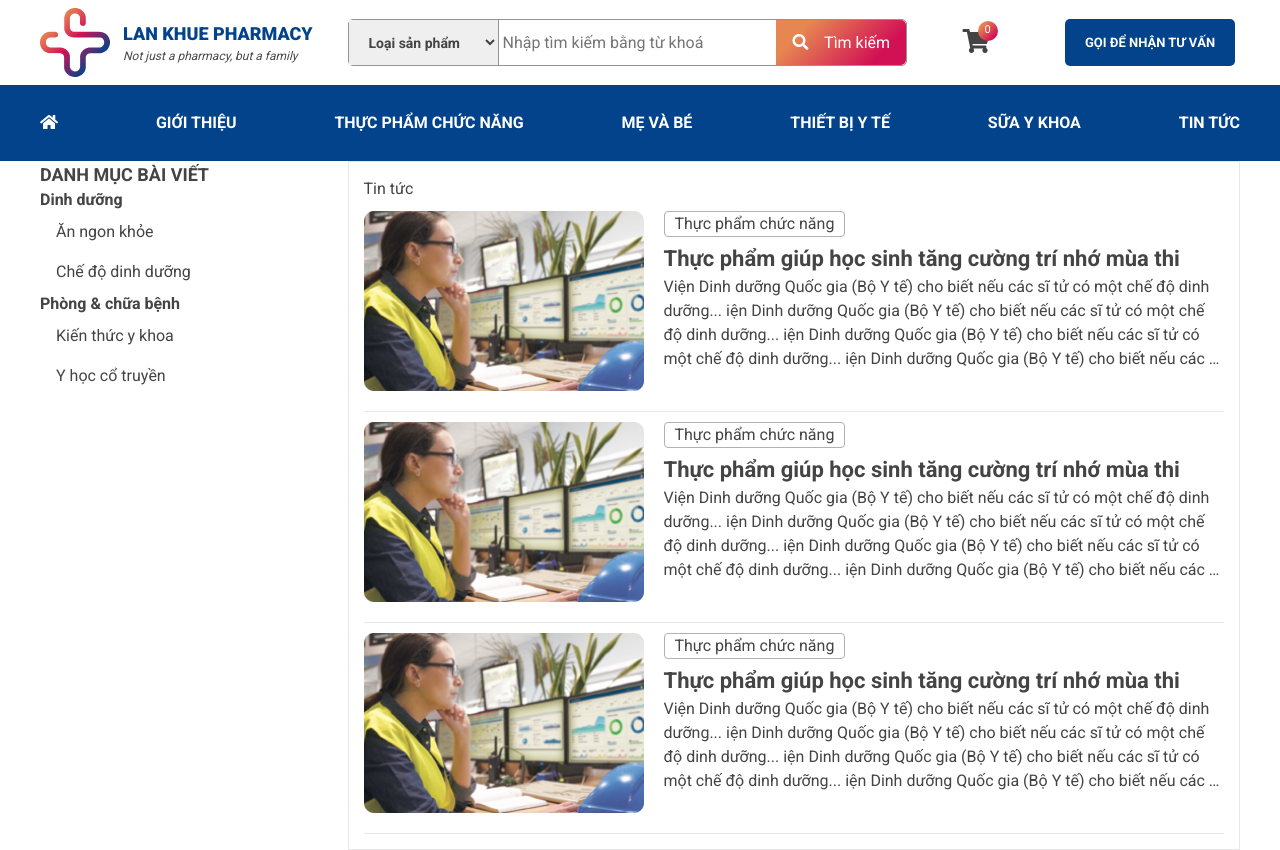
Repository: haianh12082001/Lan-khue
Page: news/news-category.html
The author's editor kept a copy of each file at every save. The page is drawn from the files as they stood at one save, then again after the next save.
The browser window is 1280 px wide. The pictures show the whole page.
Some web libraries are served in a nearby version. The style sheet was rebuilt from its Sass, Less or Tailwind sources for each picture, by a compiler version that may differ from the author's.

Above is the page before, as saved 2021-12-20 00:14:02.

### news/news-category.html
<!DOCTYPE html>
<html lang="en">
    <head>
        <meta charset="UTF-8" />
        <meta http-equiv="X-UA-Compatible" content="IE=edge" />
        <meta name="viewport" content="width=device-width, initial-scale=1.0" />
        <title>Document</title>
        <link href="https://fonts.googleapis.com/css2?family=Roboto:wght@400;500;700;900&display=swap" rel="stylesheet" />
        <link rel="stylesheet" href="../assets/fonts/fontawesome-free-5.15.3/css/all.min.css" />
        <link
            rel="stylesheet"
            href="https://cdn.jsdelivr.net/npm/bootstrap@4.6.0/dist/css/bootstrap.min.css"
            integrity="sha384-B0vP5xmATw1+K9KRQjQERJvTumQW0nPEzvF6L/Z6nronJ3oUOFUFpCjEUQouq2+l"
            crossorigin="anonymous"
        />
        <link rel="stylesheet" type="text/css" href="https://cdn.jsdelivr.net/npm/slick-carousel@1.8.1/slick/slick.css" />
        <link rel="stylesheet" href="../assets/css/app.css" />
    </head>
    <body>
        <header class="header">
            <div class="header-searchbar py-2">
                <div class="container">
                    <div class="row align-items-center">
                        <div class="col-lg-3 col-3">
                            <div class="header-logo">
                                <a href="" class="d-flex flex-shrink-0">
                                    <img src="./assets/img/logo.png" alt="" />
                                    <div class="body">
                                        <div class="logo-name">LAN KHUE PHARMACY</div>
                                        <div class="logo-slogan">Not just a pharmacy, but a family</div>
                                    </div>
                                </a>
                            </div>
                        </div>
                        <div class="col-lg-6 col-3">
                            <div class="input-group">
                                <form action="" class="header-search">
                                    <select name="CatId" id="catalog">
                                        <option value="">Loại sản phẩm</option>
                                        <option value="">Danh mục thuốc</option>
                                        <option value="">Thực Phẩm Chức Năng</option>
                                        <option value="">Mẹ Và Bé</option>
                                        <option value="">Thiết Bị Y Tế</option>
                                        <option value="">Sữa y khoa</option>
                                        <option value="">Các sản phẩm khác</option>
                                    </select>
                                    <input type="text" placeholder="Nhập tìm kiếm bằng từ khoá" />

                                    <button type="submit">
                                        <i class="fas fa-search"></i>
                                        Tìm kiếm
                                    </button>
                                </form>
                            </div>
                        </div>
                        <div class="col-lg-1 col-3 d-flex align-items-center">
                            <div class="header-cart position-relative">
                                <i class="fas fa-shopping-cart"></i>
                                <span id="itemshop">0</span>
                            </div>
                        </div>
                        <div class="col-lg-2 col-3 d-none d-lg-block">
                            <a href="" class="header-btn"> Gọi để nhận tư vấn </a>
                        </div>
                    </div>
                </div>
            </div>
            <div class="header-menu">
                <div class="container">
                    <ul class="menu-list">
                        <li class="menu-item">
                            <a href=""><i class="fas fa-home"></i></a>
                        </li>
                        <li class="menu-item">
                            <a href="">Giới thiệu</a>
                        </li>
                        <li class="menu-item">
                            <a href="">Thực phẩm chức năng</a>
                        </li>
                        <li class="menu-item">
                            <a href="">Mẹ và bé</a>
                        </li>
                        <li class="menu-item">
                            <a href="">Thiết bị y tế</a>
                        </li>
                        <li class="menu-item">
                            <a href="">Sữa y khoa</a>
                        </li>
                        <li class="menu-item">
                            <a href="">Tin tức</a>
                        </li>
                    </ul>
                </div>
            </div>
        </header>
        <section class="tab-news">
            <div class="container">
                <div class="row">
                    <div class="col-lg-3 col-md-3">
                        <div class="news-category">
                            <div class="title">DANH MỤC BÀI VIẾT</div>
                            <ul class="category-list">
                                <li class="category-item">
                                    <a href="">Dinh dưỡng</a>
                                    <ul class="nav-list">
                                        <li>
                                            <a class="nav-link" href="">Ăn ngon khỏe</a>
                                        </li>
                                        <li>
                                            <a class="nav-link" href="">Chế độ dinh dưỡng</a>
                                        </li>
                                    </ul>
                                </li>
                                <li class="category-item">
                                    <a href="">Phòng & chữa bệnh</a>
                                    <ul class="nav-list">
                                        <li>
                                            <a class="nav-link" href="">Kiến thức y khoa</a>
                                        </li>
                                        <li>
                                            <a class="nav-link" href="">Y học cổ truyền</a>
                                        </li>
                                    </ul>
                                </li>
                            </ul>
                        </div>
                    </div>
                    <div class="col-lg-9 col-md-9">
                        <div class="list-news">
                            <div class="title">Tin tức</div>

                            <div class="item">
                                <a href="" class="flex-shrink-0"><img src="../assets/img/news/Rectangle 276.jpg" alt="" /></a>
                                <div class="body">
                                    <a href="" class="category">Thực phẩm chức năng</a>
                                    <div class="name"><a href="">Thực phẩm giúp học sinh tăng cường trí nhớ mùa thi</a></div>
                                    <div class="date"></div>
                                    <div class="des">
                                        Viện Dinh dưỡng Quốc gia (Bộ Y tế) cho biết nếu các sĩ tử có một chế độ dinh dưỡng... iện Dinh dưỡng Quốc gia (Bộ Y tế)
                                        cho biết nếu các sĩ tử có một chế độ dinh dưỡng... iện Dinh dưỡng Quốc gia (Bộ Y tế) cho biết nếu các sĩ tử có một chế
                                        độ dinh dưỡng... iện Dinh dưỡng Quốc gia (Bộ Y tế) cho biết nếu các sĩ tử có một chế độ dinh dưỡng... iện Dinh dưỡng
                                        Quốc gia (Bộ Y tế) cho biết nếu các sĩ tử có một chế độ dinh dưỡng...
                                    </div>
                                </div>
                            </div>
                            <div class="item">
                                <a href="" class="flex-shrink-0"><img src="../assets/img/news/Rectangle 276.jpg" alt="" /></a>
                                <div class="body">
                                    <a href="" class="category">Thực phẩm chức năng</a>
                                    <div class="name"><a href="">Thực phẩm giúp học sinh tăng cường trí nhớ mùa thi</a></div>
                                    <div class="date"></div>
                                    <div class="des">
                                        Viện Dinh dưỡng Quốc gia (Bộ Y tế) cho biết nếu các sĩ tử có một chế độ dinh dưỡng... iện Dinh dưỡng Quốc gia (Bộ Y tế)
                                        cho biết nếu các sĩ tử có một chế độ dinh dưỡng... iện Dinh dưỡng Quốc gia (Bộ Y tế) cho biết nếu các sĩ tử có một chế
                                        độ dinh dưỡng... iện Dinh dưỡng Quốc gia (Bộ Y tế) cho biết nếu các sĩ tử có một chế độ dinh dưỡng... iện Dinh dưỡng
                                        Quốc gia (Bộ Y tế) cho biết nếu các sĩ tử có một chế độ dinh dưỡng...
                                    </div>
                                </div>
                            </div>
                            <div class="item">
                                <a href="" class="flex-shrink-0"><img src="../assets/img/news/Rectangle 276.jpg" alt="" /></a>
                                <div class="body">
                                    <a href="" class="category">Thực phẩm chức năng</a>
                                    <div class="name"><a href="">Thực phẩm giúp học sinh tăng cường trí nhớ mùa thi</a></div>
                                    <div class="date"></div>
                                    <div class="des">
                                        Viện Dinh dưỡng Quốc gia (Bộ Y tế) cho biết nếu các sĩ tử có một chế độ dinh dưỡng... iện Dinh dưỡng Quốc gia (Bộ Y tế)
                                        cho biết nếu các sĩ tử có một chế độ dinh dưỡng... iện Dinh dưỡng Quốc gia (Bộ Y tế) cho biết nếu các sĩ tử có một chế
                                        độ dinh dưỡng... iện Dinh dưỡng Quốc gia (Bộ Y tế) cho biết nếu các sĩ tử có một chế độ dinh dưỡng... iện Dinh dưỡng
                                        Quốc gia (Bộ Y tế) cho biết nếu các sĩ tử có một chế độ dinh dưỡng...
                                    </div>
                                </div>
                            </div>
                        </div>
                    </div>
                </div>
            </div>
        </section>
        <script src="https://connect.facebook.net/vi_VN/sdk.js#xfbml=1&version=v12.0"></script>
        <script type="text/javascript" src="https://code.jquery.com/jquery-1.11.0.min.js"></script>
        <script type="text/javascript" src="https://code.jquery.com/jquery-migrate-1.2.1.min.js"></script>
        <script
            src="https://cdnjs.cloudflare.com/ajax/libs/bootstrap/4.6.0/js/bootstrap.min.js"
            integrity="sha512-XKa9Hemdy1Ui3KSGgJdgMyYlUg1gM+QhL6cnlyTe2qzMCYm4nAZ1PsVerQzTTXzonUR+dmswHqgJPuwCq1MaAg=="
            crossorigin="anonymous"
            referrerpolicy="no-referrer"
        ></script>
        <script type="text/javascript" src="https://cdn.jsdelivr.net/npm/slick-carousel@1.8.1/slick/slick.min.js"></script>
        <script src="../assets/js/main.js"></script>
        <script src="../assets/js/clone.js"></script>
    </body>
</html>

### assets/sass/app.scss
@import "variables";
@import "mixin";
@import "reset";
@import "global";
@import "header";
@import "body";

### assets/sass/_variables.scss
$black: #444444;
$grey: #656565;
$blue: #02438b;
$white: #ffffff;
$soft-grey: #959391;
$background-gradient: linear-gradient(134.52deg, #e68651 21.07%, #d21155 79.08%);

### assets/sass/_mixin.scss
@mixin maxWidth($q) {
    @media screen and (max-width: $q) {
        @content;
    }
}
@mixin minWidth($q) {
    @media screen and (min-width: $q) {
        @content;
    }
}

@mixin text-gradient {
    color: transparent;
    background-clip: text;
    -webkit-background-clip: text;
    background-image: linear-gradient(to right, #e68651, #d21155);
}
@mixin text-truncate($q) {
    display: -webkit-box;
    -webkit-line-clamp: $q;
    -webkit-box-orient: vertical;
    overflow: hidden;
    text-overflow: ellipsis;
    word-break: break-word;
}

### assets/sass/_reset.scss
html {
    box-sizing: border-box;
    scroll-behavior: smooth;
}
* {
    margin: 0;
    padding: 0;
}
*,
*:before,
*:after {
    box-sizing: border-box;
}
input,
textarea,
select,
button {
    outline: none;
}
input {
    line-height: normal;
    outline: none;
    box-shadow: none;
}
input:focus {
    outline: 0;
    border: none;
    box-shadow: none;
}
ul,
li {
    margin: 0;
    padding: 0;
    list-style: none;
}
label,
button {
    cursor: pointer;
}
a {
    text-decoration: none;

    &:hover {
        text-decoration: none;
    }
}
img {
    max-width: 100%;
    object-fit: cover;
}
.gutters-5 > [class*="col-"] {
    padding-right: 5px;
    padding-left: 5px;
}

### assets/sass/_global.scss
@font-face {
    font-family: "UTM";
    font-display: swap;
    src: url("../fonts/word/UTM\ AvoBold.ttf") format("truetype");
}

.container {
    max-width: 1230px;
    margin: 0 auto;
    padding: 0 15px;
}
body {
    margin: 0;
    padding: 0;
    width: 100%;
    font-size: 16px;
    color: $black;
    font-family: "Roboto", sans-serif;
    @include maxWidth(768px) {
        font-size: 14px;
    }
}
.section-title {
    font-size: 32px;
    text-transform: uppercase;
    color: $blue;
    font-weight: 900;
}
.section-title-img {
    width: 31px;
    height: 31px;
    margin-right: 10px;
}
.gutters-10 {
    margin-left: -10px;
    margin-right: -10px;
}
.gutters-10 [class^="col-"] {
    padding-left: 10px;
    padding-right: 10px;
}

### assets/sass/_body.scss
.banner img {
    height: 369px;
    width: 100%;
    object-fit: cover;
}
.section-buy-medicine {
    padding: 50px 0;
    .title-sub {
        color: $blue;
        font-size: 32px;
        font-weight: 500;
    }
    .item {
        border-right: 1px solid #e1e7ed;
        &:last-child {
            border: none;
        }
    }
    .name {
        text-transform: uppercase;
        font-size: 18px;
        font-weight: bold;
        @include text-gradient;
    }
    img {
        max-height: 70px;
    }
    .btn {
        background: $background-gradient;
        text-transform: uppercase;
        color: $white;
        font-size: 18px;
        padding: 10px 50px;
        border-radius: 50px;
    }
}
.product-category {
    padding-bottom: 50px;
    .item {
        padding: 0 15px;
    }
    &-img {
        border: 2px solid $blue;
        border-radius: 5px;
        display: flex;
        justify-content: center;
        height: 112px;
        img {
            height: 100%;
            padding: 10px 0;
        }
    }
    .name {
        margin-top: 8px;
        text-align: center;
        text-transform: uppercase;
        color: #505050;
        display: block;
        font-weight: 700;
        @include text-truncate(2);
        &:hover {
            color: $blue;
        }
    }
    .slick-list {
        margin: 0 -15px;
    }
}
.bg-light-blue {
    background: #ebf5fb;
    border-radius: 10px;
    padding: 0 30px;
}
.product-img {
    img {
        width: 100%;
        height: 211px;
    }
}
.product-info {
    padding-top: 20px;
    position: relative;
    .category {
        text-transform: uppercase;
        color: $soft-grey;
        font-size: 14px;
    }
    .name {
        font-weight: 700;
        margin-bottom: 13px;
        height: 45px;
        @include text-truncate(2);
        a {
            color: $black;
        }
    }
    .new-price {
        font-weight: 500;
        font-size: 18px;
    }
    .old-price {
        font-size: 14px;
        text-decoration: line-through;
        color: $soft-grey;
    }
    .out-stock {
        display: none;
    }
    .add-cart {
        position: absolute;
        bottom: 0;
        right: 0;
        width: 31px;
        height: 31px;
        display: flex;
        text-align: center;
        justify-content: center;
        align-items: center;

        border-radius: 3px;
        border: 3px solid rgba($color: #3b3b3b, $alpha: 0.2);
        a {
            flex: 1;
            background: $blue;
            color: $white;
        }
    }
}

.evaluate-product {
    display: flex;
    i {
        font-size: 12px;
    }
    .number {
        margin-left: 5px;
    }
}
.product-see-all {
    text-transform: uppercase;
    font-size: 18px;
    display: flex;
    align-items: center;
    color: #50b1f9;
    a {
        margin-right: 6px;
        color: #50b1f9;
    }
    i {
        font-size: 12px;
    }
}
.bestseller {
    padding: 30px 0;
}
.contact {
    background: url("../img/contact.jpg") no-repeat top center/cover;
    padding: 50px 0;
    .title {
        font-weight: 700;
        font-size: 32px;
        text-align: center;
        color: $blue;
        font-family: "UTM";
        margin-bottom: 26px;
    }
}
.contact-form {
    input {
        width: 441px;
        margin-right: 20px;
        height: 78px;
        padding: 30px;
        font-size: 18px;
    }
    button {
        font-size: 18px;
        width: 251px;
        height: 78px;
        border-radius: 0;
        border: none;
        color: #fff;
        background: $background-gradient;
        border-radius: 5px;
    }
}
.tab-product {
    display: flex;
    border-bottom: 1px solid #dee2e6;
    .nav-tabs {
        border: none;
    }
    .title {
        font-size: 30px;
        font-weight: 700;
        color: #434343;
        margin-right: 44px;
        line-height: 35px;
    }
    .nav-link {
        color: $black;
        font-size: 18px;
    }
    .nav-link.active {
        background: $background-gradient;
        border-radius: 5px 5px 0px 0px;
        border: none;
        color: $white;
    }
}
.news .section-title {
    font-family: "UTM";
}
.news-item {
    .body {
        padding: 20px 0px;
    }
    .name {
        @include text-truncate(2);
        font-size: 18px;
        height: 52px;
        font-weight: 700;
        a {
            color: #000;
        }
    }
    .content {
        text-align: justify;
        color: #333333;
        @include text-truncate(3);
    }
    .date {
        color: #a3a3a3;
        font-size: 0.875rem;
    }
    .btn-view {
        color: #fff;
        background: $background-gradient;
        padding: 10px 20px;
        border-radius: 5px;
        font-size: 0.875rem;
        justify-content: c;
    }
}
.service {
    background: #ebf5fb;
    padding: 24px 0;
}
.service-item {
    display: flex;
    i {
        background: $white;
        border: 2px solid #e7e7e7;
        width: 70px;
        height: 70px;
        display: flex;
        align-items: center;
        justify-content: center;
        border-radius: 100rem;
        color: $blue;
        margin-right: 15px;
    }
    .name {
        font-size: 14px;
        font-weight: 700;
        color: #333333;
    }
    .des {
        font-size: 14px;
        color: #959391;
    }
}
.subscribe {
    background: $blue;
    padding: 40px 0;
    .title {
        font-family: "UTM";
        font-size: 18px;
        font-weight: 700;
        color: $white;
        margin-right: 30px;
    }
    .social {
        display: flex;
        i {
            width: 40px;
            height: 40px;
            margin-right: 14px;
            background: $white;
            display: flex;
            align-items: center;
            justify-content: center;
            border-radius: 3px;
        }
    }
    input {
        font-size: 14px;
        line-height: 16px;
        width: 80%;
        padding: 12px 17px;
        height: 40px;
    }
    button {
        font-size: 14px;
        line-height: 16px;
        padding: 12px 28px;
        background: $background-gradient;
        color: #fff;
        font-weight: 700;
        border: none;
        border-radius: 0px 3px 3px 0px;
        height: 40px;
        position: absolute;

        top: 0;
        right: 0;
    }
}
.copyright {
    padding: 30px 0;
    font-size: 14px;
    color: $black;
}
.content-detail img {
    object-fit: contain;
    height: auto;
}
.article-detail-title {
    font-size: 36px;
    font-weight: 700;
    margin: 15px 0;
}
.sapo-detail {
    font-size: 18px;
    padding: 10px 20px;
    border-left: 3px solid $blue;
    background: #fafafa;
    font-style: italic;
    font-weight: 700;
    margin: 15px 0;
}
.menu-article-top {
    padding: 20px;
    border: 1px solid #e7e7e7;
    margin-bottom: 20px;
    img {
        width: 100%;
        height: 200px;
    }
    .name a {
        color: $black;
        font-weight: 700;
        margin: 10px 0;
        font-size: 18px;
        @include text-truncate(2);
        &:hover {
            color: #f59e0b;
        }
    }
    .date {
        font-size: 14px;
        color: #949494;
    }
    .des {
        @include text-truncate(3);
    }
}
.menu-article-bottom {
    padding: 20px;
    border: 1px solid #e7e7e7;
    margin-bottom: 20px;
    img {
        width: 100px;
        height: 70px;
    }
    .body {
        margin-left: 10px;
    }
    .name a {
        color: $black;
        font-weight: 700;
        @include text-truncate(2);
        &:hover {
            color: #f59e0b;
        }
    }
}
.title-md {
    font-size: 24px;
    font-weight: 700;
}

.related-posts {
    img {
        width: 100%;
        height: 157px;
    }
    .title-md {
        padding-bottom: 10px;
        border-bottom: 1px solid #ddd;
    }
    .name {
        margin-bottom: 10px;
        @include text-truncate(2);
        font-size: 18px;
        a {
            color: $black;
            font-weight: 700;
        }
    }
    .des {
        @include text-truncate(3);
        text-align: justify;
        margin-top: 10px;
    }
}
.news-category {
    .title {
        font-size: 18px;
        font-weight: 700;
    }
    a {
        font-weight: 700;
        color: $black;
    }
    .nav-link {
        font-weight: 400;
    }
}
.list-news {
    border: 1px solid #e7e7e7;
    padding: 15px;
    .item {
        border-bottom: 1px solid #e7e7e7;
        padding: 10px 0 20px;
        display: flex;
    }
    .category {
        padding: 0 10px;
        border-radius: 4px;
        border: 1px solid #b1b1b1;
        display: inline-block;
        margin-bottom: 5px;
        color: $black;
        &:hover {
            background: $black;
            color: $white;
        }
    }
    .body {
        padding-left: 20px;
    }
    .name a {
        font-size: 22px;
        font-weight: 700;
        color: $black;
    }
    img {
        width: 280px;
        height: 180px;
    }
    .des {
        @include text-truncate(4);
    }
}

Loaded but not shown: assets/fonts/fontawesome-free-5.15.3/css/all.min.css (library); assets/js/clone.js (19 lines, source omitted); assets/js/main.js (11 lines, source omitted); assets/sass/_header.scss (145 lines, source omitted)

After the next save:
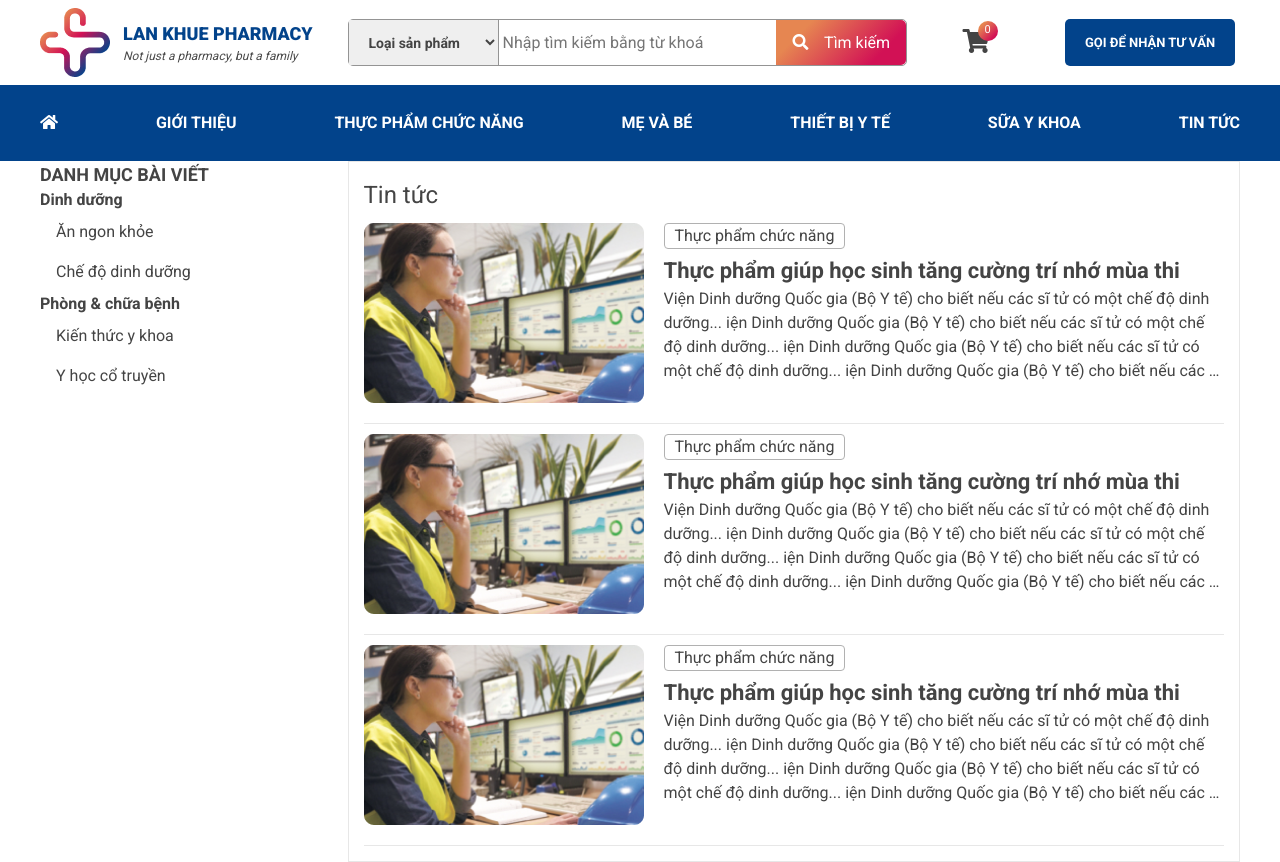
Saved 30 s later.
--- a/assets/sass/_body.scss
+++ b/assets/sass/_body.scss
@@ -430,6 +430,9 @@
 .list-news {
     border: 1px solid #e7e7e7;
     padding: 15px;
+    .title {
+        font-size: 24px;
+    }
     .item {
         border-bottom: 1px solid #e7e7e7;
         padding: 10px 0 20px;
